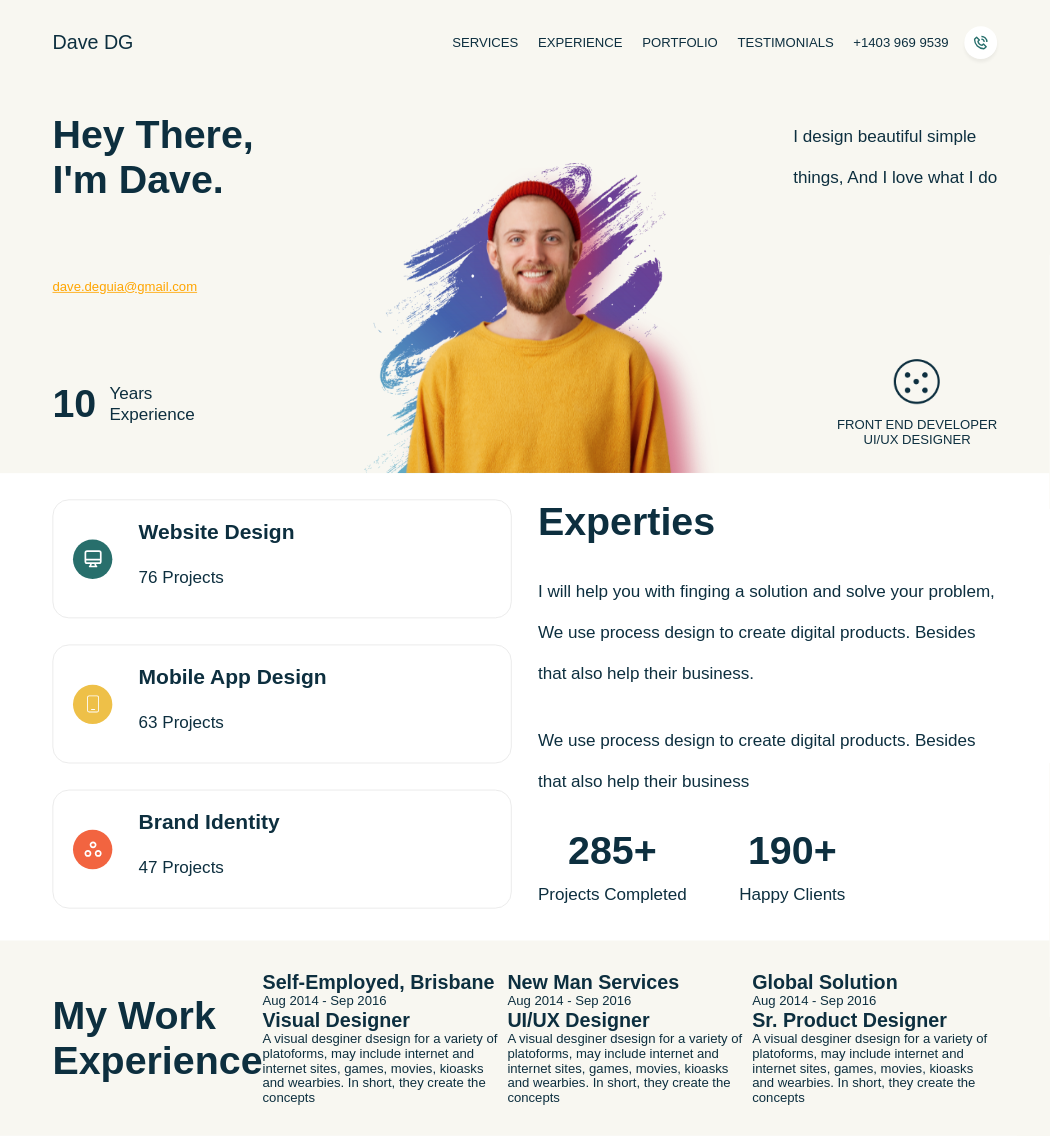
Repository: davedeguia/framer-motion-portfolio
Page: /
These files come from the project's save history. The page is drawn as it stood at one moment and after the next save; the edit follows.
The browser window is 1280 px wide. The pictures show the whole page, at 82% of full size.
Some web fonts or font styles are not loaded; a fallback is used. The project was rebuilt for these pictures with package versions that can differ from the ones it lists, and the page was loaded fresh each time. Also part of the build but not shown: vite.config.js, src/components/Works/Works.module.scss.

Above is the page before, as saved 2023-02-10 17:26:24.

After the next save:
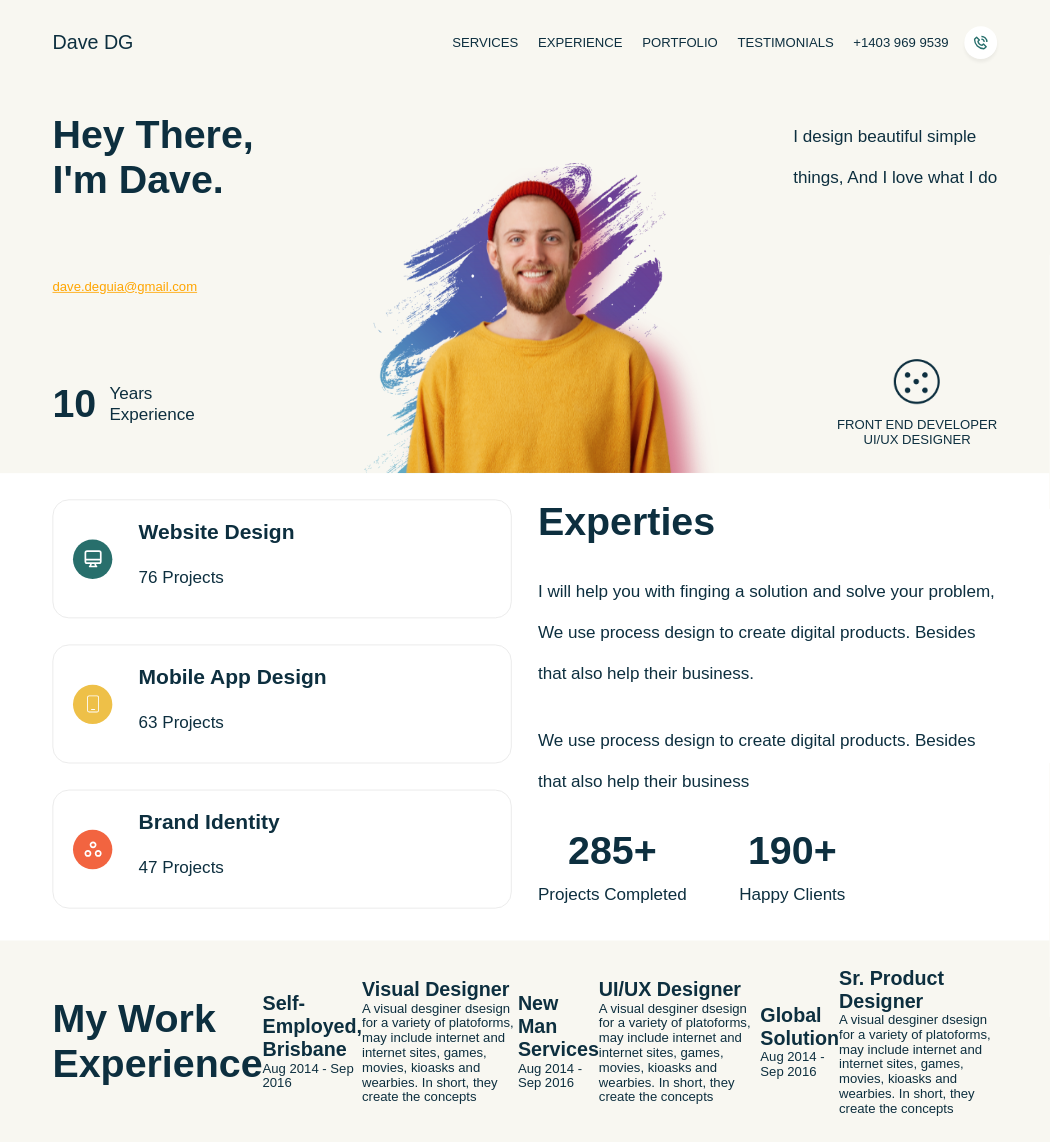
Saved 29 s later.
--- a/src/components/Works/Works.jsx
+++ b/src/components/Works/Works.jsx
@@ -18,7 +18,7 @@ const Works = () => {
         <div className={`flexCenter ${css.experiences}`}>
           {workExp.map((exp, i) => {
             return (
-              <div className={css.exp} key={i}>
+              <div className={`flexCenter ${css.exp}`} key={i}>
                 <div className={css.post}>
                   <h1>{exp.place}</h1>
                   <p>{exp.tenure}</p>
